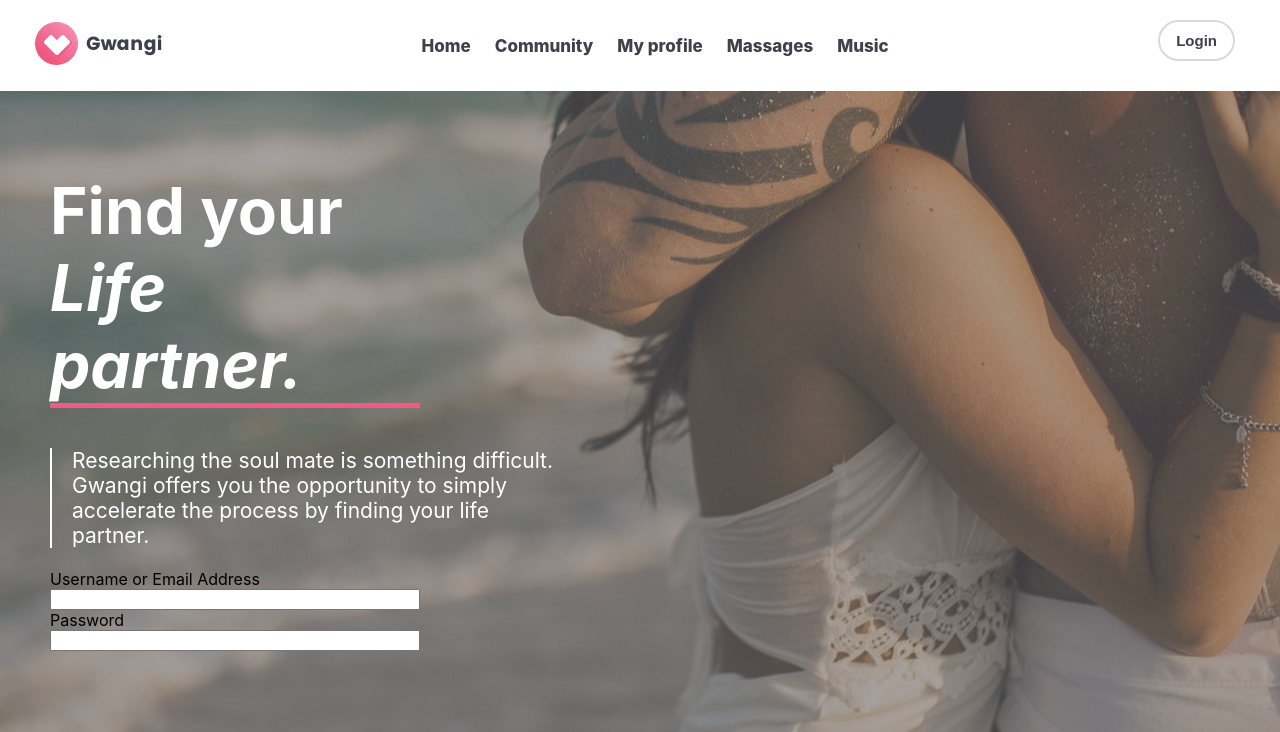
Repository: ShokunLiubov/Soc-Network-React
Page: /login
The author's editor kept a copy of each file at every save. The page is drawn from the files as they stood at one save, then again after the next save.
The browser window is 1280 px wide. The pictures show the whole page.
The project was rebuilt for these pictures with package versions that can differ from the ones it lists, and the page was loaded fresh each time. Also part of the build but not shown: src/components/common/Paginator/Paginator.module.css, src/components/common/Paginator/Paginator.jsx, src/components/Community/Community.module.css, src/components/Community/Friend/Friend.jsx, src/components/Community/Community.jsx, src/components/common/Preloader/Preloader.jsx, src/components/Community/CommunityContainer.jsx, src/components/Dialogs/Dialogs.module.css and 14 more.

Above is the page before, as saved 2022-08-24 17:57:50.

### src/index.js
import reportWebVitals from './reportWebVitals';
import store from './redux/redux-store';
import React from 'react';
import ReactDOM from 'react-dom/client';
import './index.css';
import App from './App';
import { BrowserRouter } from 'react-router-dom';
import { Provider } from 'react-redux'

const root = ReactDOM.createRoot(document.getElementById('root'));

  root.render(

      <BrowserRouter>
        <Provider store={store}>
          <App />
        </Provider>
      </BrowserRouter>


  );


// If you want to start measuring performance in your app, pass a function
// to log results (for example: reportWebVitals(console.log))
// or send to an analytics endpoint. Learn more: https://bit.ly/CRA-vitals
reportWebVitals();

### src/redux/redux-store.js
import {combineReducers, legacy_createStore as createStore} from "redux"
import dialogsReducer from "./dialogs-reducer"
import profileReducer from "./profile-reducer"
import communityReducer from "./community-reducer"
import authReducer from "./auth-reducer"

let reducers = combineReducers({
    profilePage : profileReducer,
    dialogsPage : dialogsReducer,
    communityPage : communityReducer,
    auth: authReducer
})

let store = createStore(reducers)

export default store;

### src/App.js
import React from 'react';
import { Routes, Route } from "react-router-dom";
import './App.css';
import Registration from './components/Auth/Registration/Registration';
import CommunityContainer from './components/Community/CommunityContainer';
import DialogsContainer from './components/Dialogs/DialogsContainer';
import Home from './components/Home/Home';
import Music from './components/Music/Music';
import Navbar from './components/Navbar/Navbar';
import ProfileContainer from './components/Profile/ProfileContainer';

function App(props) {
  return (

    <div className='app-wrapper'>
      <Navbar />
      <Routes>
        <Route path='/home/*' element={<Home />} />

        <Route path='/community/*' element={<CommunityContainer />} />

        <Route path='/profile/:id' element={<ProfileContainer />} />
        <Route path='/profile/*' element={<ProfileContainer />} />

        <Route path='/dialogs/*' element={<DialogsContainer />} />

        <Route path='/music/*' element={<Music />} />

        <Route path='/login/*' element={<Registration />} />

      </Routes>

    </div>

  );
}

export default App;

### src/redux/dialogs-reducer.js
const SAND_MASSAGE = 'SAND-MASSAGE'
const UPDATE_NEW_MASSAGE_TEXT = 'UPDATE-NEW-MASSAGE-TEXT'

let initialState = {
    dialogsData: [
        { id: 1, name: 'Vika', ava: './../images/ava-w1.jpeg' },
        { id: 2, name: 'Eugen', ava: './../images/ava-m2.png' },
        { id: 3, name: 'Liubov', ava: './../images/ava-w3.jpeg' },
        { id: 4, name: 'Max', ava: './../images/ava-m1.jpeg' },
        { id: 5, name: 'Nika', ava: './../images/ava-w2.webp' }
    ],
    massagesData: [
        { id: 1, massage: 'Hi' },
        { id: 2, massage: 'How are you?' },
        { id: 3, massage: 'I am okey!' }
    ],
    newMassageText: ''
}

const dialogsReducer = (state = initialState, action) => {

    switch (action.type) {
        case SAND_MASSAGE:
            let text = state.newMassageText
            return {
                ...state,
                newMassageText: '',
                massagesData: [...state.massagesData, {id: Date.now(),massage: text}]
            }

        case UPDATE_NEW_MASSAGE_TEXT:
            return {
                ...state,
                newMassageText: action.newText
            }

        default:
            return state
    }

}

export const sandMassage = () => ({ type: SAND_MASSAGE })

export const onMassageChange = (text) =>
    ({ type: UPDATE_NEW_MASSAGE_TEXT, newText: text })

export default dialogsReducer;

### src/redux/profile-reducer.js
const ADD_POST = 'ADD-POST'
const UPDATE_NEW_POST_TEXT = 'UPDATE-NEW-POST-TEXT'
const SET_USER_PROFILE = 'SET-USER-PROFILE'

let initialState = {
    userProfile: {},
    postsData: [
        { id: 1, massage: 'Hi, how are you?', countLikes: '12', time: '29 minutes ago' },
        { id: 2, massage: 'It is my first post', countLikes: '99+', time: 'yesterday' },
        { id: 3, massage: 'My name Liubov, I am wife Eugen', countLikes: '32', time: 'week ago' }
    ],
    newPostText: ''
}

const profileReducer = (state = initialState, action) => {
    switch (action.type) {
        case ADD_POST:
            let newPost = {
                id: Date.now(),
                massage: state.newPostText,
                countLikes: '0',
                time: new Date().toLocaleTimeString()
            }
            return {
                ...state,
                newPostText: '',
                postsData: [newPost, ...state.postsData]
            }

        case UPDATE_NEW_POST_TEXT:
            return {
                ...state,
                newPostText: action.newText
            }
        case SET_USER_PROFILE:
            return {
                ...state,
                userProfile: action.profile

            }
        default:
            return state
    }


}

export const addPost = () => ({ type: ADD_POST })

export const updateNewPostText = (text) =>
    ({ type: UPDATE_NEW_POST_TEXT, newText: text })

export const setUserProfile = (profile) =>
    ({ type: SET_USER_PROFILE, profile})


export default profileReducer;

### src/redux/community-reducer.js
const FOLLOW = 'FOLLOW'
const UN_FOLLOW = 'UN-FOLLOW'
const SET_USERS = 'SET-USERS'
const SET_PAGE = 'SET-PAGE'
const SET_USERS_TOTAL_COUNT = 'SET-USERS-TOTAL-COUNT'
const TOGGLE_IS_FETCHING = 'TOGGLE-IS-FETCHING'

let initialState = {
    userData: [ ],
    pageSize: 10,
    totalUsersCount: 0,
    currentPage: 1,
    currentPageSize: 1,
    isFetching: false
}
const communityReducer = (state = initialState, action) => {
    switch (action.type) {
        case FOLLOW:
            return {
                ...state,
                userData: state.userData.map (user => {
                    if(user.id === action.userID) {
                        return {...user, followed: true}
                    }
                    return user
                })
            }
        case UN_FOLLOW:
            return {
                ...state,
                userData: state.userData.map (user => {
                    if(user.id === action.userID) {
                        return {...user, followed: false}
                    }
                    return user
                })
            }
        case SET_USERS:
            return {
                ...state,
                userData: action.users
            }
        case SET_PAGE:
            return {
                ...state,
                currentPage: action.page
                }
        case SET_USERS_TOTAL_COUNT:
            return {
                ...state,
                totalUsersCount: action.UsersTotalCount
            }
        case TOGGLE_IS_FETCHING:
            return {
                ...state,
                isFetching: action.isFetching
            }
        default:
            return state
    }
}

export const follow = (userID) => ({ type: FOLLOW, userID })

export const unFollow = (userID) => ({ type: UN_FOLLOW, userID })

export const setUsers = (users) => ({ type: SET_USERS, users })

export const setPage = (page) => ({ type: SET_PAGE, page })

export const setUsersTotalCount = (UsersTotalCount) => ({ type: SET_USERS_TOTAL_COUNT, UsersTotalCount })

export const toggleFetching = (isFetching) => ({ type: TOGGLE_IS_FETCHING, isFetching })

export default communityReducer;


// Создать кнопки prev next
// if(currentPage > 1) { prev
// } минус 1  при отрисовки подставляться значения, исключение первая страница
// Отображать в пагинации 5 стр и одну последнюю , учесть если будет меньше 5 стр

### src/redux/auth-reducer.js
const SET_USER_DATA = 'SET-USER-DATA'
// const UN_FOLLOW = 'UN-FOLLOW'

let initialState = {
    userId: undefined,
    email: undefined,
    login: undefined,
    isFetching: false
}
const authReducer = (state = initialState, action) => {
    switch (action.type) {
        case SET_USER_DATA:
            return {
                ...state,
                ...action.data
            }
        // case TOGGLE_IS_FETCHING:
        //     return {
        //         ...state,
        //         isFetching: action.isFetching
        //     }
        default:
            return state
    }
}

export const setUserData = (userId, email, login) => ({ type: SET_USER_DATA, data: {userId, email, login} })

// export const toggleFetching = (isFetching) => ({ type: TOGGLE_IS_FETCHING, isFetching })

export default authReducer;

### src/components/Auth/Registration/Registration.jsx
import React from 'react';
import styles from './Registration.module.css'

const Registration = () => {
    return (
        <div className={styles.background}>
            <div className={styles.registration}>
                <div className={styles.title}>Find your<br />
                    <i>Life partner.</i></div>
                <p className={styles.excerption}>Researching the soul mate is something difficult. Gwangi offers you the opportunity to simply accelerate the process by finding your life partner.</p>
                <form>
                    <div className={styles.username}>
                        <label>Username or Email Address</label>
                        <input type="text"/>
                    </div>
                    <div className={styles.password}>
                        <label>Password</label>
                        <input type="password"/>
                    </div>
                </form>
            </div>

        </div>
    )
}

export default Registration;

### src/components/Dialogs/DialogsContainer.jsx
import React from 'react';
import { sandMassage, onMassageChange } from '../../redux/dialogs-reducer';
import Dialogs from './Dialogs';
import { connect } from 'react-redux'


let mapStateToProps = (state) => {
    return {
        dialogsData: state.dialogsPage.dialogsData,
        massagesData: state.dialogsPage.massagesData,
        newMassageText: state.dialogsPage.newMassageText
    }
}

const DialogsContainer = connect(mapStateToProps, { sandMassage, onMassageChange })(Dialogs)

export default DialogsContainer;

### src/components/Navbar/Navbar.jsx
import React from 'react';
import { NavLink } from 'react-router-dom';
import styles from './Navbar.module.css'

const Navbar = () => {
    return (
        <div className={styles.navbar}>
            {/* LOGO */}
            <div className={styles.logo}><img src='./../images/logotype.png' /></div>
             {/* LOGO */}

            {/* MENU */}
            <nav className={styles.menu}>
                <div className={styles.item}>
                    <NavLink to='/home' className={navData => navData.isActive ? styles.active : styles.item}>Home</NavLink>
                </div>
                <div className={styles.item}>
                    <NavLink to='/community' className={navData => navData.isActive ? styles.active : styles.item}>Community</NavLink>
                </div>
                <div className={styles.item}>
                    <NavLink to='/profile' className={navData => navData.isActive ? styles.active : styles.item}>My profile</NavLink>
                </div>
                <div to='/dialogs' className={styles.item}>
                    <NavLink to='/dialogs' className={navData => navData.isActive ? styles.active : styles.item}>Massages</NavLink>
                </div>
                <div className={styles.item}>
                    <NavLink to='/music' className={navData => navData.isActive ? styles.active : styles.item}>Music</NavLink>
                </div>
            </nav>
            {/* MENU */}

            {/* LOGIN */}
            <NavLink to='/login' className={styles.login}>
                <button className='button'>Login</button>
            </NavLink>
            {/* LOGIN */}

        </div>
    )
}

export default Navbar;

### src/components/Auth/Registration/Registration.module.css
.background {
    background-image: url(./../../../../public/images/registration-bgr.jpeg);
    background-repeat: no-repeat;
    background-position: center;
    width: 100%;
    height: 89vh;
    position: relative;
    display: flex;
    align-items: center;
}

.background::before {
    content: " ";
    width: 100%;
    height: 89vh;
    background-color: #696a6e99;
    position: absolute;
    z-index: 1;
}

.registration {
    margin-left: 50px;
    position: relative;
    z-index: 20;
}

.title {
    color: #ffffff;
    font-size: 64px;
    max-width: 370px;
    font-weight: 700;
    border-bottom: 5px solid #ef5b86;
}

.excerption {
    margin-top: 40px;
    color: #ffffff;
    font-size: 21px;
    max-width: 40%;
    padding: 0px 20px;
    border-left: 2px solid #ffffff;
}

/* FORM */
.username,
.password {
    display: flex;
    flex-direction: column;
    max-width: 370px;
}
/* FORM */

### src/components/Navbar/Navbar.module.css
.navbar {
    display: flex;
    justify-content: space-between;
    align-items: center;
    padding: 20px 35px;
    background-color: #ffffff;
}

.logo {
    cursor: pointer;
}

.menu {
    display: flex;
}

.item a {
    margin: 0 12px;
    font-size: 17px;
    color: #3e404a;
    font-weight: 800;
    cursor: pointer;
    text-decoration: none;
}

.item a.active {
    color: #ef5b86;
}

.login {
    text-decoration: none;
}

### src/components/Profile/Profile_body/MyPosts/Post/Post.module.css
.post {
    background-color: #ffffff;
    border: 1px solid #e8e8e9;
    border-radius: 10px;
    margin: 50px 0;
    position: relative;
    width: 70%;
    min-height: 100px;
}

.personInfo img {
    position: absolute;
    top: -20px;
    left: -20px;
    width: 80px;
    height: 80px;
    object-fit: cover;
    border-radius: 10px;
}

.personInfo {
    display: flex;
}

.postInfo {
    margin: 10px 80px;
}

.nickname {
    color: #3e404a;
    font-size: 18px;
    font-weight: 700;
}

.time {
    color: #9da6b0;
    font-size: 12px;
    font-weight: 600;
    margin-top: 5px;
}

.massage {
    color: #9ca6af;
    font-size: 15px;
    font-weight: 700;
    margin: 10px 80px;
}

.like {
    width: 100%;
    display: flex;
    justify-content: end;
}

button{
    background: none;
    border: none;
    display: flex;
    align-items: center;
    margin: 0 10px 10px;
}

.countLike {
    margin-left: 5px;
    color: #9da6b0;
    font-size: 12px;
    font-weight: 500;
}

Loaded but not shown: public/index.html (common file); src/reportWebVitals.js (common file); src/index.css (common file); src/App.css (common file); src/components/Home/Home.module.css (no stored copy; drawn as an empty file); src/components/Music/Music.module.css (no stored copy; drawn as an empty file); src/components/Profile/Profile.module.css (no stored copy; drawn as an empty file)

After the next save:
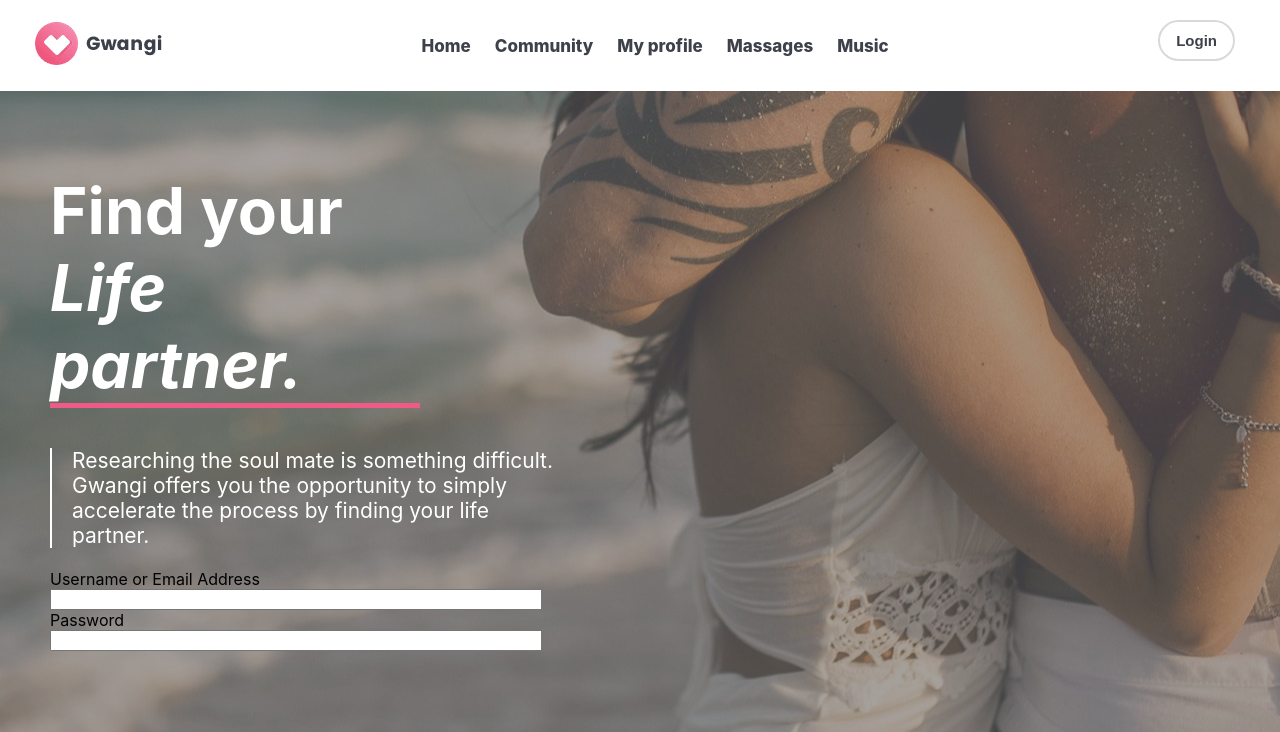
Saved 31 s later.
--- a/src/components/Auth/Registration/Registration.module.css
+++ b/src/components/Auth/Registration/Registration.module.css
@@ -46,6 +46,6 @@
 .password {
     display: flex;
     flex-direction: column;
-    max-width: 370px;
+    max-width: 40%;
 }
 /* FORM */
